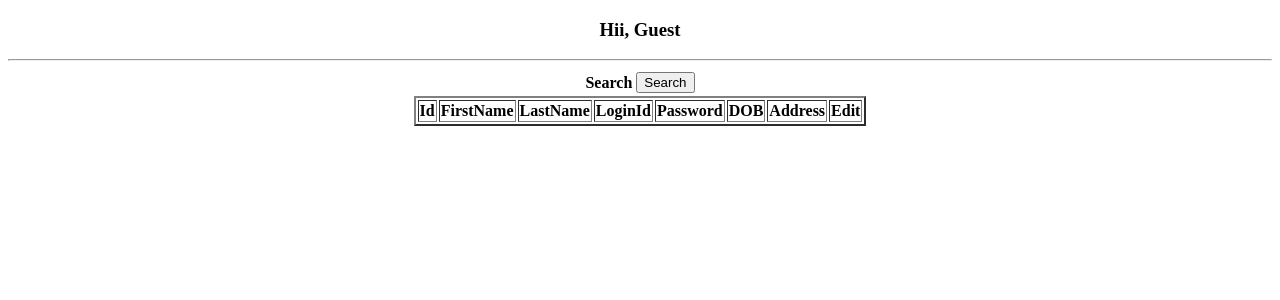
Repository: Jatdevta/AdvanceJava
Page: http://localhost/DynamicProject/UserListCtl
These files come from the project's save history. The page is drawn as it stood at one moment and after the next save; the edit follows.
The browser window is 1280 px wide. The pictures show the whole page.
The page is served by Tomcat 9. Queries for data that is not in the repository find no rows.

Above is the page before, as saved 2023-08-22 07:21:47.

After the next save:
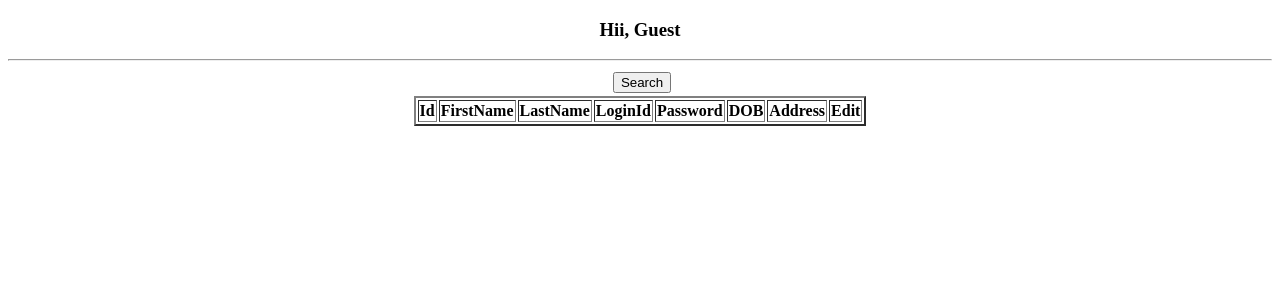
Saved 2 min 12 s later.
--- a/Advancejava/DynamicProject/WebContent/UserListView.jsp
+++ b/Advancejava/DynamicProject/WebContent/UserListView.jsp
@@ -19,7 +19,7 @@
 		%>
 		<table>
 			<tr>
-				<th>Search</th>
+				<th></th>
 				<td><input type="submit" name="operation" value="Search"></td>
 
 			</tr>
